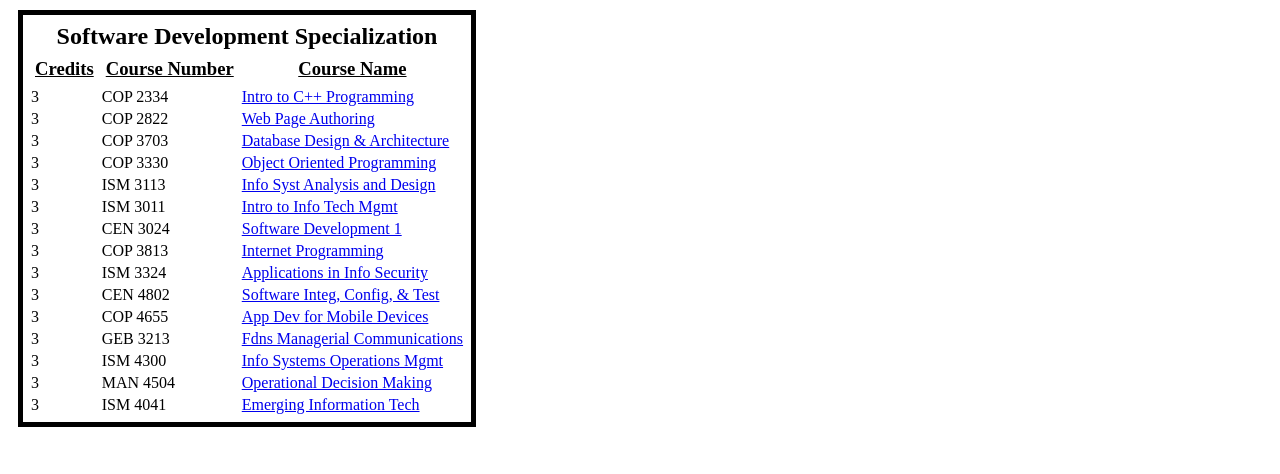
Repository: mlmEFSC21/P5-DegreeTableStyling
Page: FormattedProgramSpecialization1.html
These files come from the project's save history. The page is drawn as it stood at one moment and after the next save; the edit follows.
The browser window is 1280 px wide. The pictures show the whole page.
Some web fonts or font styles are not loaded; a fallback is used.

Above is the page before, as saved 2022-02-07 16:17:24.

### FormattedProgramSpecialization1.html
<!DOCTYPE html>
<html lang="en">
    <head>
        <meta charset="UTF-8" />
        <meta http-equiv="X-UA-Compatible" content="IE=edge" />
        <meta name="viewport" content="width=device-width, initial-scale=1.0" />
        <link rel="preconnect" href="https://fonts.googleapis.com" />
        <link rel="preconnect" href="https://fonts.gstatic.com" crossorigin />
        <link
            href="https://fonts.googleapis.com/css2?family=Spectral:wght@300&display=swap"
            rel="stylesheet"
        />
        <title>Degree Specialization Table</title>
    </head>
    <body>
        <table style="border: 5px solid black; text-align: center; margin: 10px; padding: 5px">
            <thead>
                <tr>
                    <th colspan="3" style="font-size: 18pt; font-weight: bold">
                        Software Development Specialization
                    </th>
                </tr>
                <tr style="font-size: 14pt; text-decoration: underline">
                    <th style="padding: 5px">Credits</th>
                    <th style="padding: 5px">Course Number</th>
                    <th style="padding: 5px">Course Name</th>
                </tr>
            </thead>
            <tbody style="font-size: 12pt; text-align: left">
                <tr style="margin: 50px">
                    <td>3</td>
                    <td>COP 2334</td>
                    <td>
                        <a
                            href="https://bannerweb.easternflorida.edu/prod/bwckctlg.p_disp_course_detail?cat_term_in=202210&subj_code_in=COP&crse_numb_in=2334"
                            >Intro to C++ Programming</a
                        >
                    </td>
                </tr>
                <tr style="padding: 50px">
                    <td>3</td>
                    <td>COP 2822</td>
                    <td>
                        <a
                            href="https://bannerweb.easternflorida.edu/prod/bwckctlg.p_disp_course_detail?cat_term_in=202210&subj_code_in=COP&crse_numb_in=2822"
                            >Web Page Authoring</a
                        >
                    </td>
                </tr>
                <tr style="padding: 5px">
                    <td>3</td>
                    <td>COP 3703</td>
                    <td>
                        <a
                            href="https://bannerweb.easternflorida.edu/prod/bwckctlg.p_disp_course_detail?cat_term_in=202210&subj_code_in=COP&crse_numb_in=3703"
                            >Database Design & Architecture</a
                        >
                    </td>
                </tr>
                <tr style="padding: 5px">
                    <td>3</td>
                    <td>COP 3330</td>
                    <td>
                        <a
                            href="https://bannerweb.easternflorida.edu/prod/bwckctlg.p_disp_course_detail?cat_term_in=202210&subj_code_in=COP&crse_numb_in=3330"
                            >Object Oriented Programming</a
                        >
                    </td>
                </tr>
                <tr style="padding: 5px">
                    <td>3</td>
                    <td>ISM 3113</td>
                    <td>
                        <a
                            href="https://bannerweb.easternflorida.edu/prod/bwckctlg.p_disp_course_detail?cat_term_in=202210&subj_code_in=ISM&crse_numb_in=3113"
                            >Info Syst Analysis and Design</a
                        >
                    </td>
                </tr>
                <tr style="padding: 5px">
                    <td>3</td>
                    <td>ISM 3011</td>
                    <td>
                        <a
                            href="https://bannerweb.easternflorida.edu/prod/bwckctlg.p_disp_course_detail?cat_term_in=202210&subj_code_in=ISM&crse_numb_in=3011"
                            >Intro to Info Tech Mgmt</a
                        >
                    </td>
                </tr>
                <tr style="padding: 5px">
                    <td>3</td>
                    <td>CEN 3024</td>
                    <td>
                        <a
                            href="https://bannerweb.easternflorida.edu/prod/bwckctlg.p_disp_course_detail?cat_term_in=202210&subj_code_in=CEN&crse_numb_in=3024"
                            >Software Development 1</a
                        >
                    </td>
                </tr>
                <tr style="padding: 5px">
                    <td>3</td>
                    <td>COP 3813</td>
                    <td>
                        <a
                            href="https://bannerweb.easternflorida.edu/prod/bwckctlg.p_disp_course_detail?cat_term_in=202210&subj_code_in=COP&crse_numb_in=3813"
                            >Internet Programming</a
                        >
                    </td>
                </tr>
                <tr style="padding: 5px">
                    <td>3</td>
                    <td>ISM 3324</td>
                    <td>
                        <a
                            href="https://bannerweb.easternflorida.edu/prod/bwckctlg.p_disp_course_detail?cat_term_in=202210&subj_code_in=ISM&crse_numb_in=3324"
                            >Applications in Info Security</a
                        >
                    </td>
                </tr>
                <tr style="padding: 5px">
                    <td>3</td>
                    <td>CEN 4802</td>
                    <td>
                        <a
                            href="https://bannerweb.easternflorida.edu/prod/bwckctlg.p_disp_course_detail?cat_term_in=202210&subj_code_in=CEN&crse_numb_in=4802"
                            >Software Integ, Config, & Test</a
                        >
                    </td>
                </tr>
                <tr style="padding: 5px">
                    <td>3</td>
                    <td>COP 4655</td>
                    <td>
                        <a
                            href="https://bannerweb.easternflorida.edu/prod/bwckctlg.p_disp_course_detail?cat_term_in=202210&subj_code_in=COP&crse_numb_in=4655"
                            >App Dev for Mobile Devices</a
                        >
                    </td>
                </tr>
                <tr style="padding: 5px">
                    <td>3</td>
                    <td>GEB 3213</td>
                    <td>
                        <a
                            href="https://bannerweb.easternflorida.edu/prod/bwckctlg.p_disp_course_detail?cat_term_in=202210&subj_code_in=GEB&crse_numb_in=3213"
                            >Fdns Managerial Communications</a
                        >
                    </td>
                </tr>
                <tr style="padding: 5px">
                    <td>3</td>
                    <td>ISM 4300</td>
                    <td>
                        <a
                            href="https://bannerweb.easternflorida.edu/prod/bwckctlg.p_disp_course_detail?cat_term_in=202210&subj_code_in=ISM&crse_numb_in=4300"
                            >Info Systems Operations Mgmt</a
                        >
                    </td>
                </tr>
                <tr style="padding: 5px">
                    <td>3</td>
                    <td>MAN 4504</td>
                    <td>
                        <a
                            href="https://bannerweb.easternflorida.edu/prod/bwckctlg.p_disp_course_detail?cat_term_in=202210&subj_code_in=MAN&crse_numb_in=4504"
                            >Operational Decision Making</a
                        >
                    </td>
                </tr>
                <tr style="padding: 5px">
                    <td>3</td>
                    <td>ISM 4041</td>
                    <td>
                        <a
                            href="https://bannerweb.easternflorida.edu/prod/bwckctlg.p_disp_course_detail?cat_term_in=202210&subj_code_in=ISM&crse_numb_in=4041"
                            >Emerging Information Tech</a
                        >
                    </td>
                </tr>
            </tbody>
        </table>
    </body>
</html>

After the next save:
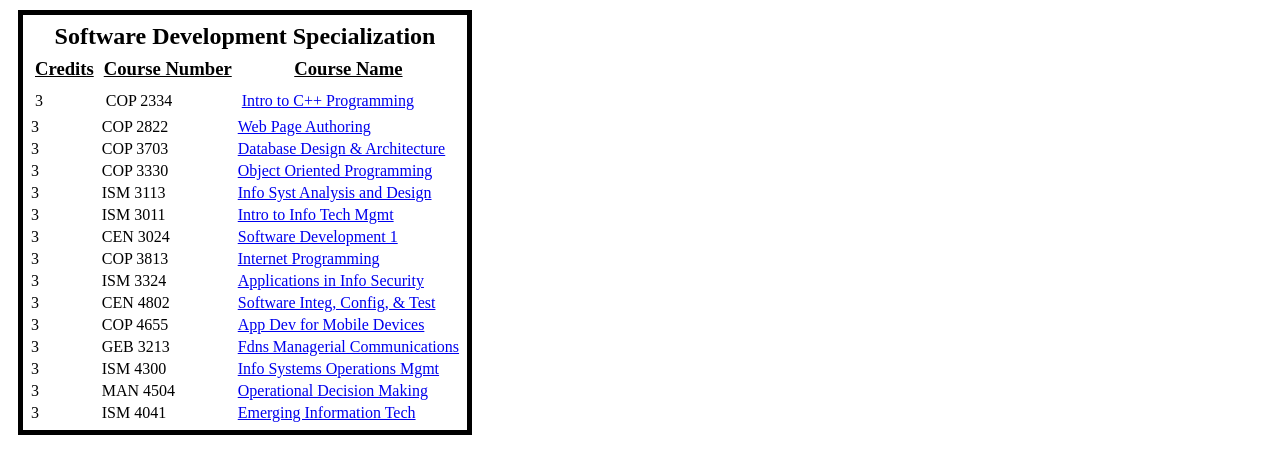
Saved 48 s later.
--- a/FormattedProgramSpecialization1.html
+++ b/FormattedProgramSpecialization1.html
@@ -22,22 +22,22 @@
                 </tr>
                 <tr style="font-size: 14pt; text-decoration: underline">
                     <th style="padding: 5px">Credits</th>
-                    <th style="padding: 5px">Course Number</th>
-                    <th style="padding: 5px">Course Name</th>
+                    <th style="padding: 3px">Course Number</th>
+                    <th style="padding: 3px">Course Name</th>
                 </tr>
             </thead>
             <tbody style="font-size: 12pt; text-align: left">
-                <tr style="margin: 50px">
-                    <td>3</td>
-                    <td>COP 2334</td>
-                    <td>
+                <tr>
+                    <td style="padding: 5px">3</td>
+                    <td style="padding: 5px">COP 2334</td>
+                    <td style="padding: 5px">
                         <a
                             href="https://bannerweb.easternflorida.edu/prod/bwckctlg.p_disp_course_detail?cat_term_in=202210&subj_code_in=COP&crse_numb_in=2334"
                             >Intro to C++ Programming</a
                         >
                     </td>
                 </tr>
-                <tr style="padding: 50px">
+                <tr>
                     <td>3</td>
                     <td>COP 2822</td>
                     <td>
@@ -47,7 +47,7 @@
                         >
                     </td>
                 </tr>
-                <tr style="padding: 5px">
+                <tr>
                     <td>3</td>
                     <td>COP 3703</td>
                     <td>
@@ -57,7 +57,7 @@
                         >
                     </td>
                 </tr>
-                <tr style="padding: 5px">
+                <tr>
                     <td>3</td>
                     <td>COP 3330</td>
                     <td>
@@ -67,7 +67,7 @@
                         >
                     </td>
                 </tr>
-                <tr style="padding: 5px">
+                <tr>
                     <td>3</td>
                     <td>ISM 3113</td>
                     <td>
@@ -77,7 +77,7 @@
                         >
                     </td>
                 </tr>
-                <tr style="padding: 5px">
+                <tr>
                     <td>3</td>
                     <td>ISM 3011</td>
                     <td>
@@ -87,7 +87,7 @@
                         >
                     </td>
                 </tr>
-                <tr style="padding: 5px">
+                <tr>
                     <td>3</td>
                     <td>CEN 3024</td>
                     <td>
@@ -97,7 +97,7 @@
                         >
                     </td>
                 </tr>
-                <tr style="padding: 5px">
+                <tr>
                     <td>3</td>
                     <td>COP 3813</td>
                     <td>
@@ -107,7 +107,7 @@
                         >
                     </td>
                 </tr>
-                <tr style="padding: 5px">
+                <tr>
                     <td>3</td>
                     <td>ISM 3324</td>
                     <td>
@@ -117,7 +117,7 @@
                         >
                     </td>
                 </tr>
-                <tr style="padding: 5px">
+                <tr>
                     <td>3</td>
                     <td>CEN 4802</td>
                     <td>
@@ -127,7 +127,7 @@
                         >
                     </td>
                 </tr>
-                <tr style="padding: 5px">
+                <tr>
                     <td>3</td>
                     <td>COP 4655</td>
                     <td>
@@ -137,7 +137,7 @@
                         >
                     </td>
                 </tr>
-                <tr style="padding: 5px">
+                <tr>
                     <td>3</td>
                     <td>GEB 3213</td>
                     <td>
@@ -147,7 +147,7 @@
                         >
                     </td>
                 </tr>
-                <tr style="padding: 5px">
+                <tr>
                     <td>3</td>
                     <td>ISM 4300</td>
                     <td>
@@ -157,7 +157,7 @@
                         >
                     </td>
                 </tr>
-                <tr style="padding: 5px">
+                <tr>
                     <td>3</td>
                     <td>MAN 4504</td>
                     <td>
@@ -167,7 +167,7 @@
                         >
                     </td>
                 </tr>
-                <tr style="padding: 5px">
+                <tr>
                     <td>3</td>
                     <td>ISM 4041</td>
                     <td>
